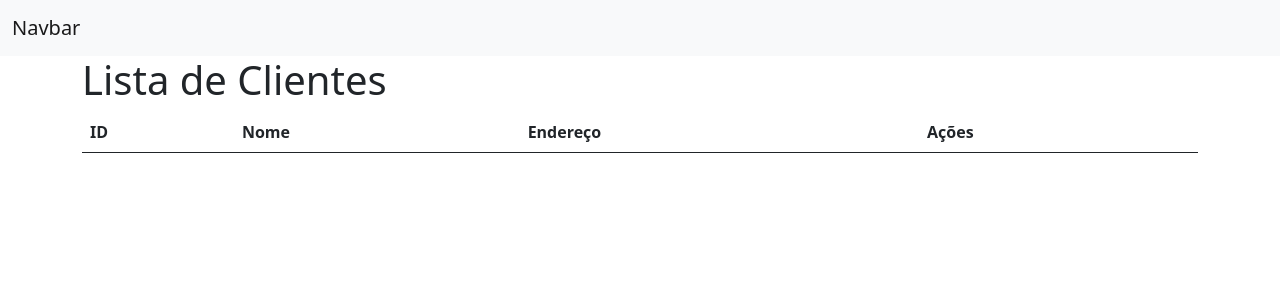
Repository: Luckycaat/eloquent-ORM
Page: http://localhost/clients
The author's editor kept a copy of each file at every save. The page is drawn from the files as they stood at one save, then again after the next save.
The browser window is 1280 px wide. The pictures show the whole page.
The page is served by the project's Laravel application, run on PHP 8.4 with Laravel 9. Other server files are loaded and not shown. Queries for data that is not in the repository find no rows.

Above is the page before, as saved 2022-09-20 15:19:16.

### routes/web.php
<?php

use App\Http\Controllers\ClientController;
use App\Http\Controllers\Saudacao;
use App\Http\Controllers\SiteController;

use Illuminate\Support\Facades\Route;

/*
|--------------------------------------------------------------------------
| Web Routes
|--------------------------------------------------------------------------
|
| Here is where you can register web routes for your application. These
| routes are loaded by the RouteServiceProvider within a group which
| contains the "web" middleware group. Now create something great!
|
*/

// Route::get('/', function () {
//     return view('welcome');
// });

Route::get('/', [SiteController::class, 'index']);
Route::get('/sobre', [SiteController::class, 'sobre']);
Route::get('/servicos', [SiteController::class, 'servicos']);
Route::get('/servico/{id}', [SiteController::class, 'servico']);

Route::get('/saudacao/{nome?}', Saudacao::class);

Route::get('/clients', [ClientController::class, 'index'])->name('clients.index');
Route::get('/clients/{id}', [ClientController::class, 'show'])->name('clients.show');

### app/Http/Controllers/Saudacao.php
<?php

namespace App\Http\Controllers;

use Illuminate\Contracts\View\View;
use Illuminate\Http\Request;

class Saudacao extends Controller
{
    /**
     * Handle the incoming request.
     *
     * @param  string $nome
     * @return void
     */
    public function __invoke(string $nome = 'Pedro')
    {
        return view('saudacao', [
            'nome' => $nome,
        ]);
        // return view('saudacao')->with('nome', $nome);

    }
}

### app/Http/Controllers/ClientController.php
<?php

namespace App\Http\Controllers;

use Illuminate\Http\Request;
use App\Models\Client;

class ClientController extends Controller
{
    public function index()
    {
        $clients = Client::get();

        return view('clients.index', [
            'clients' => $clients,
        ]);
    }

    public function show(int $id)
    {
        $client = Client::find($id);

        return view('clients.show', [
            'client' => $client
        ]);
    }
}

### resources/views/clients/index.blade.php
<!doctype html>
<html lang="en">

<head>
    <!-- Required meta tags -->
    <meta charset="utf-8">
    <meta name="viewport" content="width=device-width, initial-scale=1">

    <!-- Bootstrap CSS -->
    <link href="https://cdn.jsdelivr.net/npm/bootstrap@5.0.2/dist/css/bootstrap.min.css" rel="stylesheet"
        integrity="sha384-EVSTQN3/azprG1Anm3QDgpJLIm9Nao0Yz1ztcQTwFspd3yD65VohhpuuCOmLASjC" crossorigin="anonymous">

    <title>Lista de Clientes</title>
</head>

<body>
    <nav class="navbar navbar-light bg-light">
        <div class="container-fluid">
            <a class="navbar-brand" href="#">Navbar</a>
        </div>
    </nav>

    <div class="container">
        <h1>Lista de Clientes</h1>
        <table class="table">
            <thead>
                <tr>
                    <th scope="col">ID</th>
                    <th scope="col">Nome</th>
                    <th scope="col">Endereço</th>
                    <th scope="col">Ações</th>
                </tr>
            </thead>
            <tbody>
                @foreach ($clients as $client)
                    <tr>
                        <th scope="row">{{ $client->id }}</th>
                        <td><a href="{{ route('clients.show', $client) }}">{{ $client->nome }}</a></td>
                        <td>{{ $client->endereco }}</td>
                        <td></td>
                    </tr>
                @endforeach
            </tbody>
        </table>
    </div>

    <!-- Optional JavaScript; choose one of the two! -->

    <!-- Option 1: Bootstrap Bundle with Popper -->
    <script src="https://cdn.jsdelivr.net/npm/bootstrap@5.0.2/dist/js/bootstrap.bundle.min.js"
        integrity="sha384-MrcW6ZMFYlzcLA8Nl+NtUVF0sA7MsXsP1UyJoMp4YLEuNSfAP+JcXn/tWtIaxVXM" crossorigin="anonymous">
    </script>

    <!-- Option 2: Separate Popper and Bootstrap JS -->
    <!--
    <script src="https://cdn.jsdelivr.net/npm/@popperjs/core@2.9.2/dist/umd/popper.min.js"
        integrity="sha384-IQsoLXl5PILFhosVNubq5LC7Qb9DXgDA9i+tQ8Zj3iwWAwPtgFTxbJ8NT4GN1R8p" crossorigin="anonymous">
    </script>
    <script src="https://cdn.jsdelivr.net/npm/bootstrap@5.0.2/dist/js/bootstrap.min.js"
        integrity="sha384-cVKIPhGWiC2Al4u+LWgxfKTRIcfu0JTxR+EQDz/bgldoEyl4H0zUF0QKbrJ0EcQF" crossorigin="anonymous">
    </script>
    -->
</body>

</html>

Loaded but not shown: app/Http/Controllers/Controller.php (common file); app/Models/Client.php (common file)

After the next save:
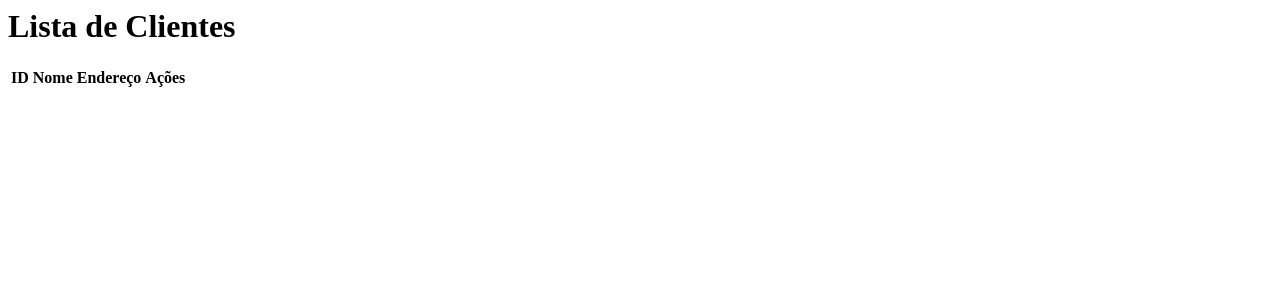
Saved 28 s later.
--- a/resources/views/clients/index.blade.php
+++ b/resources/views/clients/index.blade.php
@@ -1,26 +1,4 @@
-<!doctype html>
-<html lang="en">
 
-<head>
-    <!-- Required meta tags -->
-    <meta charset="utf-8">
-    <meta name="viewport" content="width=device-width, initial-scale=1">
-
-    <!-- Bootstrap CSS -->
-    <link href="https://cdn.jsdelivr.net/npm/bootstrap@5.0.2/dist/css/bootstrap.min.css" rel="stylesheet"
-        integrity="sha384-EVSTQN3/azprG1Anm3QDgpJLIm9Nao0Yz1ztcQTwFspd3yD65VohhpuuCOmLASjC" crossorigin="anonymous">
-
-    <title>Lista de Clientes</title>
-</head>
-
-<body>
-    <nav class="navbar navbar-light bg-light">
-        <div class="container-fluid">
-            <a class="navbar-brand" href="#">Navbar</a>
-        </div>
-    </nav>
-
-    <div class="container">
         <h1>Lista de Clientes</h1>
         <table class="table">
             <thead>
